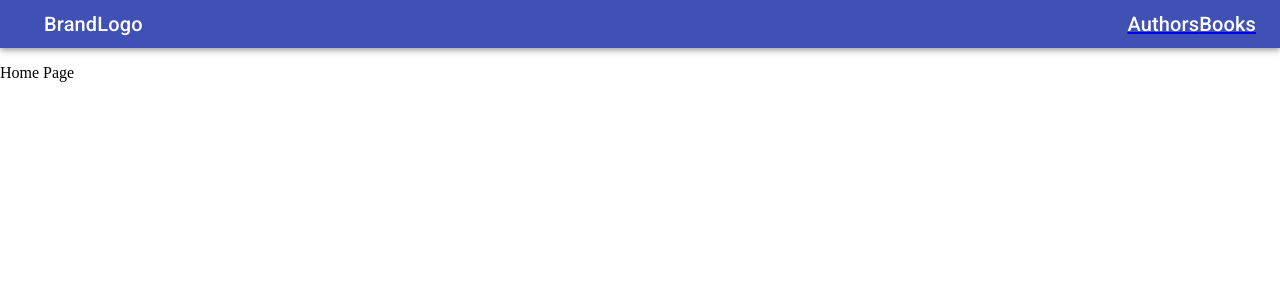
Repository: Sociophuck/00007494
Page: / (app in front/)
The author's editor kept a copy of each file at every save. The page is drawn from the files as they stood at one save, then again after the next save.
The browser window is 1280 px wide. The pictures show the whole page.
The project was rebuilt for these pictures with package versions that can differ from the ones it lists, and the page was loaded fresh each time. Also part of the build but not shown: front/src/Author.js, front/src/App.css, front/src/Book.js.

Above is the page before, as saved 2021-04-04 11:07:12.

### front/src/index.css
body {
  margin: 0;
}

.header-links {
  display: flex;
}
.link {
  margin-left: 20px;
  text-decoration: none;
  color: white;
}
.link:hover {
  color: turquoise;
}

### front/src/App.js
import Author from "./Author";
import "./App.css";
import { BrowserRouter as Router, Route, Switch } from "react-router-dom";
import Book from "./Book";
import Home from "./Home";
import NavBar from "./NavBar";

function App() {
  return (
    <Router>
      <div className="App">
        <NavBar />
        <div>
          <Switch>
            <Route exact path="/">
              <Home />
            </Route>
            <Route path="/authors">
              <Author />
            </Route>
            <Route path="/books">
              <Book />
            </Route>
          </Switch>
        </div>
      </div>
    </Router>
  );
}

export default App;

### front/src/Home.js
function Home() {
  return (
    <div>
      <p>Home Page</p>
    </div>
  );
}

export default Home;

### front/src/NavBar.js
import { Link } from "react-router-dom";
import React from "react";
import { makeStyles } from "@material-ui/core/styles";
import AppBar from "@material-ui/core/AppBar";
import Toolbar from "@material-ui/core/Toolbar";
import Typography from "@material-ui/core/Typography";

const useStyles = makeStyles((theme) => ({
  root: {
    flexGrow: 1,
    color: "",
  },
  logo: {
    flexGrow: 1,
  },
}));

function NavBar() {
  const classes = useStyles();

  return (
    <div className={classes.root}>
      <AppBar position="static">
        <Toolbar variant="dense">
          <Typography className={classes.logo} variant="h6">
            <Link to="/" className="link">
              BrandLogo
            </Link>
          </Typography>

          <div className="header-links">
            <Link to="/authors">
              <Typography className="link" variant="h6">
                Authors
              </Typography>
            </Link>
            <Link to="/books">
              <Typography className="link" variant="h6">
                Books
              </Typography>
            </Link>
          </div>
        </Toolbar>
      </AppBar>
    </div>
  );
}

export default NavBar;

Loaded but not shown: front/public/index.html (common file); front/src/index.js (common file)

After the next save:
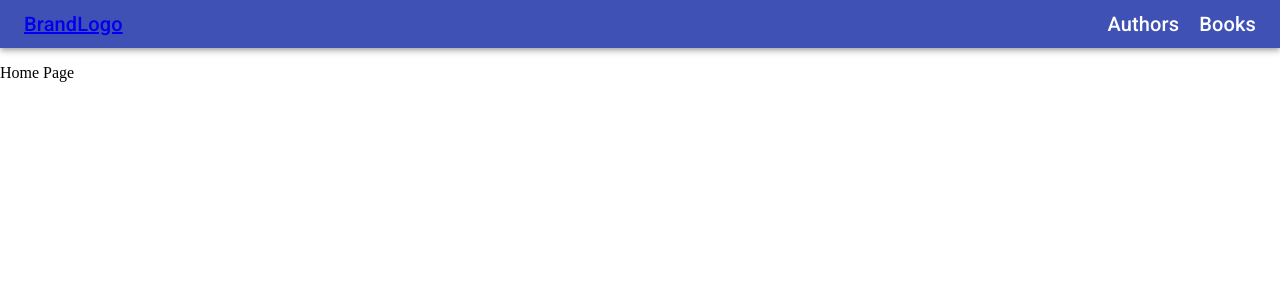
Saved 14 s later.
--- a/front/src/index.css
+++ b/front/src/index.css
@@ -5,11 +5,11 @@ body {
 .header-links {
   display: flex;
 }
-.link {
+.header-links > a {
   margin-left: 20px;
   text-decoration: none;
   color: white;
 }
-.link:hover {
+.header-links > a:hover {
   color: turquoise;
 }
